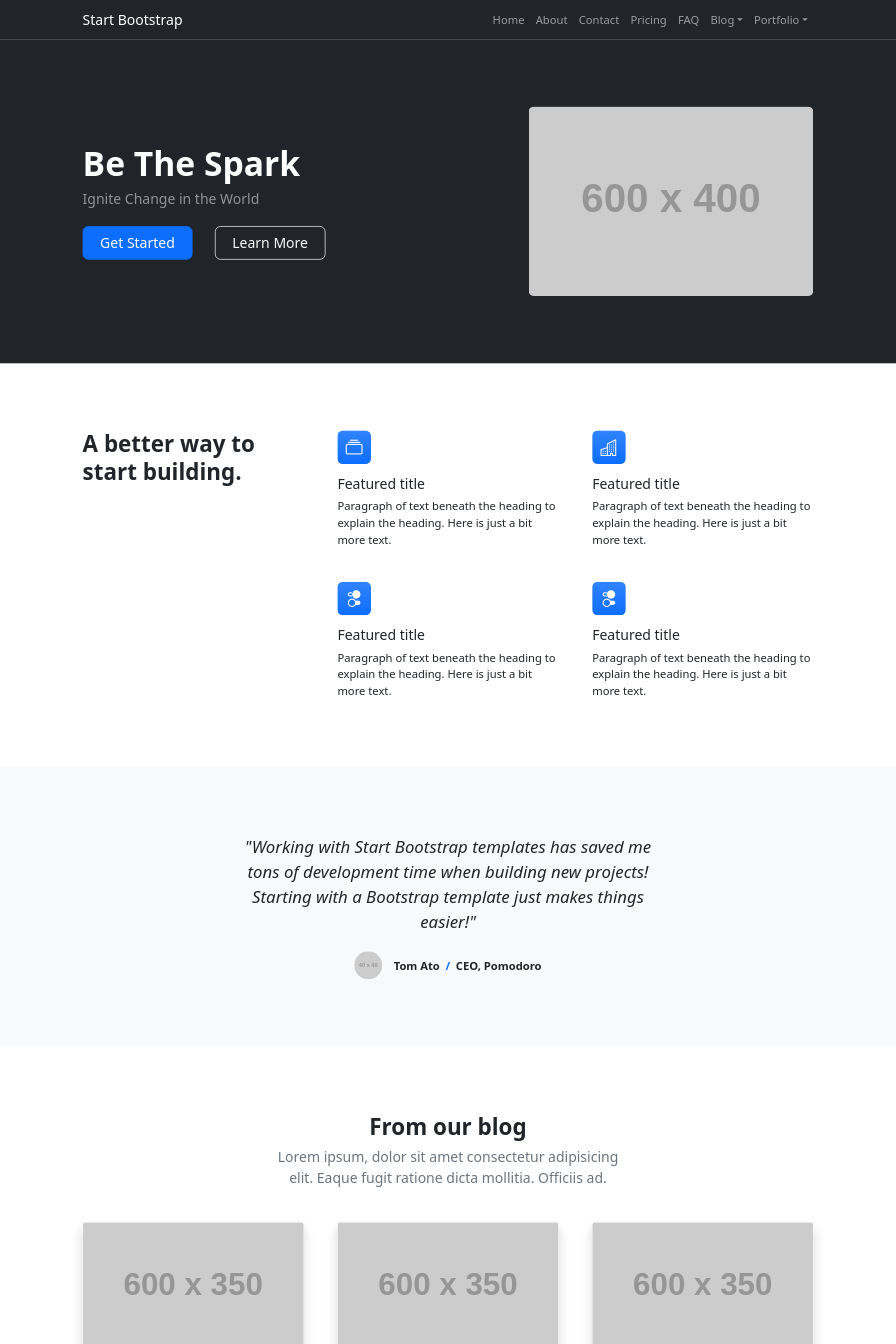
Repository: DragonFruit8/BeTheSpark
Page: index.html
An editor plug-in stored every save of this project. The page is shown before and after the next save, followed by the edit.
The browser window is 1280 px wide. The pictures show the part of the page from y = 0 to 1920 px (the page is 2663 px tall), at 70% of full size.

Above is the page before, as saved 2024-01-05 08:10:33.

### index.html
<!DOCTYPE html>
<html lang="en">
    <head>
        <meta charset="utf-8" />
        <meta name="viewport" content="width=device-width, initial-scale=1, shrink-to-fit=no" />
        <meta name="description" content="" />
        <meta name="author" content="" />
        <title>Modern Business - Start Bootstrap Template</title>
        <!-- Favicon-->
        <link rel="icon" type="image/x-icon" href="assets/favicon.ico" />
        <!-- Bootstrap icons-->
        <link href="https://cdn.jsdelivr.net/npm/bootstrap-icons@1.5.0/font/bootstrap-icons.css" rel="stylesheet" />
        <!-- Core theme CSS (includes Bootstrap)-->
        <link href="css/styles.css" rel="stylesheet" />
    </head>
    <body class="d-flex flex-column h-100">
        <main class="flex-shrink-0">
            <!-- Navigation-->
            <nav class="navbar navbar-expand-lg navbar-dark bg-dark">
                <div class="container px-5">
                    <a class="navbar-brand" href="index.html">Start Bootstrap</a>
                    <button class="navbar-toggler" type="button" data-bs-toggle="collapse" data-bs-target="#navbarSupportedContent" aria-controls="navbarSupportedContent" aria-expanded="false" aria-label="Toggle navigation"><span class="navbar-toggler-icon"></span></button>
                    <div class="collapse navbar-collapse" id="navbarSupportedContent">
                        <ul class="navbar-nav ms-auto mb-2 mb-lg-0">
                            <li class="nav-item"><a class="nav-link" href="index.html">Home</a></li>
                            <li class="nav-item"><a class="nav-link" href="about.html">About</a></li>
                            <li class="nav-item"><a class="nav-link" href="contact.html">Contact</a></li>
                            <li class="nav-item"><a class="nav-link" href="pricing.html">Pricing</a></li>
                            <li class="nav-item"><a class="nav-link" href="faq.html">FAQ</a></li>
                            <li class="nav-item dropdown">
                                <a class="nav-link dropdown-toggle" id="navbarDropdownBlog" href="#" role="button" data-bs-toggle="dropdown" aria-expanded="false">Blog</a>
                                <ul class="dropdown-menu dropdown-menu-end" aria-labelledby="navbarDropdownBlog">
                                    <li><a class="dropdown-item" href="blog-home.html">Blog Home</a></li>
                                    <li><a class="dropdown-item" href="blog-post.html">Blog Post</a></li>
                                </ul>
                            </li>
                            <li class="nav-item dropdown">
                                <a class="nav-link dropdown-toggle" id="navbarDropdownPortfolio" href="#" role="button" data-bs-toggle="dropdown" aria-expanded="false">Portfolio</a>
                                <ul class="dropdown-menu dropdown-menu-end" aria-labelledby="navbarDropdownPortfolio">
                                    <li><a class="dropdown-item" href="portfolio-overview.html">Portfolio Overview</a></li>
                                    <li><a class="dropdown-item" href="portfolio-item.html">Portfolio Item</a></li>
                                </ul>
                            </li>
                        </ul>
                    </div>
                </div>
            </nav>
            <!-- Header-->
            <header class="bg-dark py-5">
                <div class="container px-5">
                    <div class="row gx-5 align-items-center justify-content-center">
                        <div class="col-lg-8 col-xl-7 col-xxl-6">
                            <div class="my-5 text-center text-xl-start">
                                <h1 class="display-5 fw-bolder text-white mb-2">Be The Spark</h1>
                                <p class="lead fw-normal text-white-50 mb-4">Ignite Change in the World</p>
                                <div class="d-grid gap-3 d-sm-flex justify-content-sm-center justify-content-xl-start">
                                    <a class="btn btn-primary btn-lg px-4 me-sm-3" href="#features">Get Started</a>
                                    <a class="btn btn-outline-light btn-lg px-4" href="#!">Learn More</a>
                                </div>
                            </div>
                        </div>
                        <div class="col-xl-5 col-xxl-6 d-none d-xl-block text-center"><img class="img-fluid rounded-3 my-5" src="https://dummyimage.com/600x400/343a40/6c757d" alt="..." /></div>
                    </div>
                </div>
            </header>
            <!-- Features section-->
            <section class="py-5" id="features">
                <div class="container px-5 my-5">
                    <div class="row gx-5">
                        <div class="col-lg-4 mb-5 mb-lg-0"><h2 class="fw-bolder mb-0">A better way to start building.</h2></div>
                        <div class="col-lg-8">
                            <div class="row gx-5 row-cols-1 row-cols-md-2">
                                <div class="col mb-5 h-100">
                                    <div class="feature bg-primary bg-gradient text-white rounded-3 mb-3"><i class="bi bi-collection"></i></div>
                                    <h2 class="h5">Featured title</h2>
                                    <p class="mb-0">Paragraph of text beneath the heading to explain the heading. Here is just a bit more text.</p>
                                </div>
                                <div class="col mb-5 h-100">
                                    <div class="feature bg-primary bg-gradient text-white rounded-3 mb-3"><i class="bi bi-building"></i></div>
                                    <h2 class="h5">Featured title</h2>
                                    <p class="mb-0">Paragraph of text beneath the heading to explain the heading. Here is just a bit more text.</p>
                                </div>
                                <div class="col mb-5 mb-md-0 h-100">
                                    <div class="feature bg-primary bg-gradient text-white rounded-3 mb-3"><i class="bi bi-toggles2"></i></div>
                                    <h2 class="h5">Featured title</h2>
                                    <p class="mb-0">Paragraph of text beneath the heading to explain the heading. Here is just a bit more text.</p>
                                </div>
                                <div class="col h-100">
                                    <div class="feature bg-primary bg-gradient text-white rounded-3 mb-3"><i class="bi bi-toggles2"></i></div>
                                    <h2 class="h5">Featured title</h2>
                                    <p class="mb-0">Paragraph of text beneath the heading to explain the heading. Here is just a bit more text.</p>
                                </div>
                            </div>
                        </div>
                    </div>
                </div>
            </section>
            <!-- Testimonial section-->
            <div class="py-5 bg-light">
                <div class="container px-5 my-5">
                    <div class="row gx-5 justify-content-center">
                        <div class="col-lg-10 col-xl-7">
                            <div class="text-center">
                                <div class="fs-4 mb-4 fst-italic">"Working with Start Bootstrap templates has saved me tons of development time when building new projects! Starting with a Bootstrap template just makes things easier!"</div>
                                <div class="d-flex align-items-center justify-content-center">
                                    <img class="rounded-circle me-3" src="https://dummyimage.com/40x40/ced4da/6c757d" alt="..." />
                                    <div class="fw-bold">
                                        Tom Ato
                                        <span class="fw-bold text-primary mx-1">/</span>
                                        CEO, Pomodoro
                                    </div>
                                </div>
                            </div>
                        </div>
                    </div>
                </div>
            </div>
            <!-- Blog preview section-->
            <section class="py-5">
                <div class="container px-5 my-5">
                    <div class="row gx-5 justify-content-center">
                        <div class="col-lg-8 col-xl-6">
                            <div class="text-center">
                                <h2 class="fw-bolder">From our blog</h2>
                                <p class="lead fw-normal text-muted mb-5">Lorem ipsum, dolor sit amet consectetur adipisicing elit. Eaque fugit ratione dicta mollitia. Officiis ad.</p>
                            </div>
                        </div>
                    </div>
                    <div class="row gx-5">
                        <div class="col-lg-4 mb-5">
                            <div class="card h-100 shadow border-0">
                                <img class="card-img-top" src="https://dummyimage.com/600x350/ced4da/6c757d" alt="..." />
                                <div class="card-body p-4">
                                    <div class="badge bg-primary bg-gradient rounded-pill mb-2">News</div>
                                    <a class="text-decoration-none link-dark stretched-link" href="#!"><h5 class="card-title mb-3">Blog post title</h5></a>
                                    <p class="card-text mb-0">Some quick example text to build on the card title and make up the bulk of the card's content.</p>
                                </div>
                                <div class="card-footer p-4 pt-0 bg-transparent border-top-0">
                                    <div class="d-flex align-items-end justify-content-between">
                                        <div class="d-flex align-items-center">
                                            <img class="rounded-circle me-3" src="https://dummyimage.com/40x40/ced4da/6c757d" alt="..." />
                                            <div class="small">
                                                <div class="fw-bold">Kelly Rowan</div>
                                                <div class="text-muted">March 12, 2023 &middot; 6 min read</div>
                                            </div>
                                        </div>
                                    </div>
                                </div>
                            </div>
                        </div>
                        <div class="col-lg-4 mb-5">
                            <div class="card h-100 shadow border-0">
                                <img class="card-img-top" src="https://dummyimage.com/600x350/adb5bd/495057" alt="..." />
                                <div class="card-body p-4">
                                    <div class="badge bg-primary bg-gradient rounded-pill mb-2">Media</div>
                                    <a class="text-decoration-none link-dark stretched-link" href="#!"><h5 class="card-title mb-3">Another blog post title</h5></a>
                                    <p class="card-text mb-0">This text is a bit longer to illustrate the adaptive height of each card. Some quick example text to build on the card title and make up the bulk of the card's content.</p>
                                </div>
                                <div class="card-footer p-4 pt-0 bg-transparent border-top-0">
                                    <div class="d-flex align-items-end justify-content-between">
                                        <div class="d-flex align-items-center">
                                            <img class="rounded-circle me-3" src="https://dummyimage.com/40x40/ced4da/6c757d" alt="..." />
                                            <div class="small">
                                                <div class="fw-bold">Josiah Barclay</div>
                                                <div class="text-muted">March 23, 2023 &middot; 4 min read</div>
                                            </div>
                                        </div>
                                    </div>
                                </div>
                            </div>
                        </div>
                        <div class="col-lg-4 mb-5">
                            <div class="card h-100 shadow border-0">
                                <img class="card-img-top" src="https://dummyimage.com/600x350/6c757d/343a40" alt="..." />
                                <div class="card-body p-4">
                                    <div class="badge bg-primary bg-gradient rounded-pill mb-2">News</div>
                                    <a class="text-decoration-none link-dark stretched-link" href="#!"><h5 class="card-title mb-3">The last blog post title is a little bit longer than the others</h5></a>
                                    <p class="card-text mb-0">Some more quick example text to build on the card title and make up the bulk of the card's content.</p>
                                </div>
                                <div class="card-footer p-4 pt-0 bg-transparent border-top-0">
                                    <div class="d-flex align-items-end justify-content-between">
                                        <div class="d-flex align-items-center">
                                            <img class="rounded-circle me-3" src="https://dummyimage.com/40x40/ced4da/6c757d" alt="..." />
                                            <div class="small">
                                                <div class="fw-bold">Evelyn Martinez</div>
                                                <div class="text-muted">April 2, 2023 &middot; 10 min read</div>
                                            </div>
                                        </div>
                                    </div>
                                </div>
                            </div>
                        </div>
                    </div>
                    <!-- Call to action-->
                    <aside class="bg-primary bg-gradient rounded-3 p-4 p-sm-5 mt-5">
                        <div class="d-flex align-items-center justify-content-between flex-column flex-xl-row text-center text-xl-start">
                            <div class="mb-4 mb-xl-0">
                                <div class="fs-3 fw-bold text-white">New products, delivered to you.</div>
                                <div class="text-white-50">Sign up for our newsletter for the latest updates.</div>
                            </div>
                            <div class="ms-xl-4">
                                <div class="input-group mb-2">
                                    <input class="form-control" type="text" placeholder="Email address..." aria-label="Email address..." aria-describedby="button-newsletter" />
                                    <button class="btn btn-outline-light" id="button-newsletter" type="button">Sign up</button>
                                </div>
                                <div class="small text-white-50">We care about privacy, and will never share your data.</div>
                            </div>
                        </div>
                    </aside>
                </div>
            </section>
        </main>
        <!-- Footer-->
        <footer class="bg-dark py-4 mt-auto">
            <div class="container px-5">
                <div class="row align-items-center justify-content-between flex-column flex-sm-row">
                    <div class="col-auto"><div class="small m-0 text-white">Copyright &copy; Your Website 2023</div></div>
                    <div class="col-auto">
                        <a class="link-light small" href="#!">Privacy</a>
                        <span class="text-white mx-1">&middot;</span>
                        <a class="link-light small" href="#!">Terms</a>
                        <span class="text-white mx-1">&middot;</span>
                        <a class="link-light small" href="#!">Contact</a>
                    </div>
                </div>
            </div>
        </footer>
        <!-- Bootstrap core JS-->
        <script src="https://cdn.jsdelivr.net/npm/bootstrap@5.2.3/dist/js/bootstrap.bundle.min.js"></script>
        <!-- Core theme JS-->
        <script src="js/scripts.js"></script>
    </body>
</html>

Loaded but not shown: css/styles.css (library); js/scripts.js (common file)

After the next save:
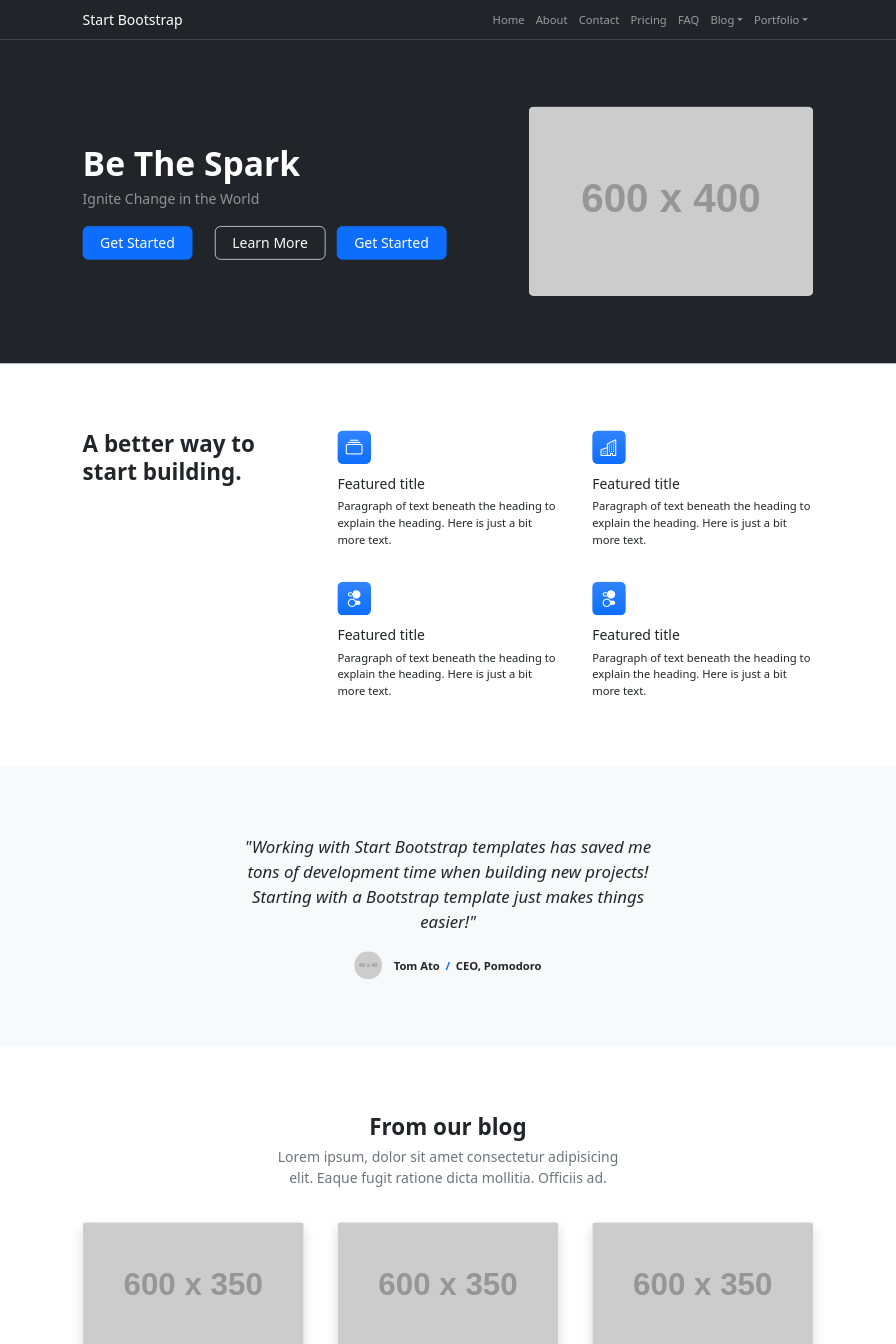
Saved 21 s later.
--- a/index.html
+++ b/index.html
@@ -56,6 +56,7 @@
                                 <div class="d-grid gap-3 d-sm-flex justify-content-sm-center justify-content-xl-start">
                                     <a class="btn btn-primary btn-lg px-4 me-sm-3" href="#features">Get Started</a>
                                     <a class="btn btn-outline-light btn-lg px-4" href="#!">Learn More</a>
+                                    <a class="btn btn-primary btn-lg px-4 me-sm-3" href="#features">Get Started</a>
                                 </div>
                             </div>
                         </div>
